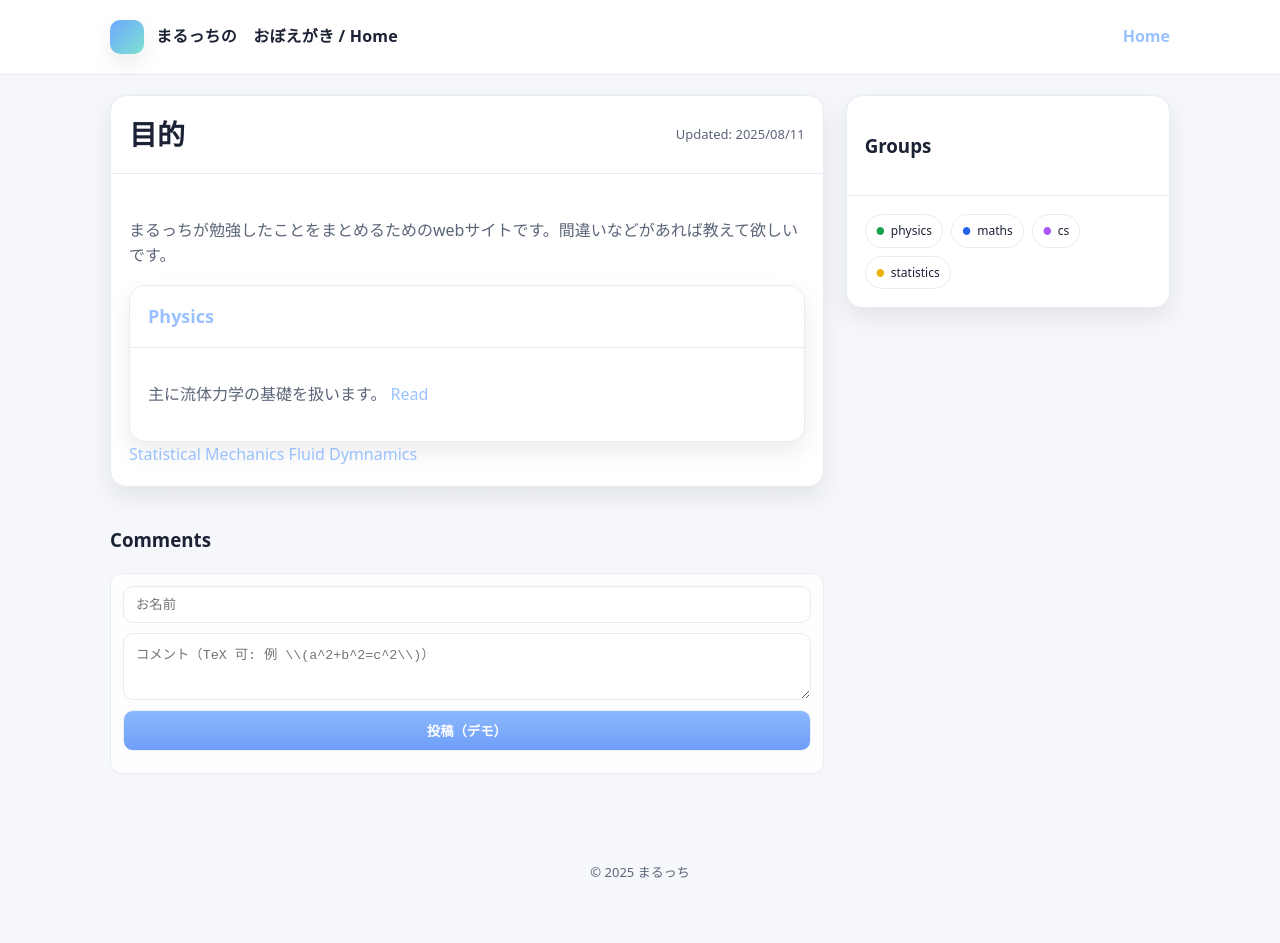
Repository: Riki-Mochimaru/tureduretunedune
Page: index.html
The author's editor kept a copy of each file at every save. The page is drawn from the files as they stood at one save, then again after the next save.
The browser window is 1280 px wide. The pictures show the whole page.

Above is the page before, as saved 2025-08-11 23:45:53.

After the next save:
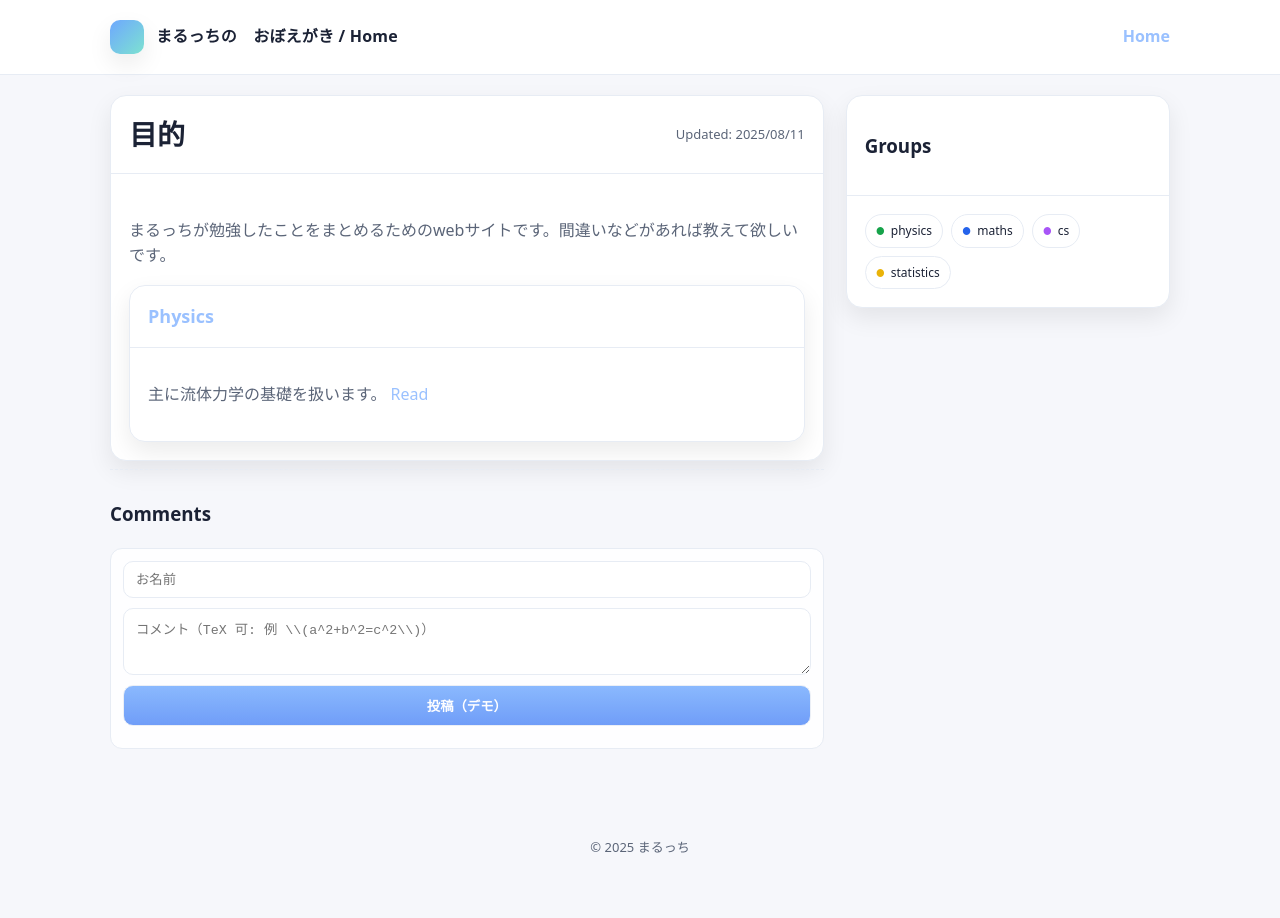
Saved 25 s later.
--- a/index.html
+++ b/index.html
@@ -45,8 +45,7 @@
               </div>
             </article>
 
-                <a href="physics/SM/">Statistical Mechanics</a>
-                <a href="physics/FluidDynamics/">Fluid Dymnamics</a>
+
               </div>
             </article>
 
